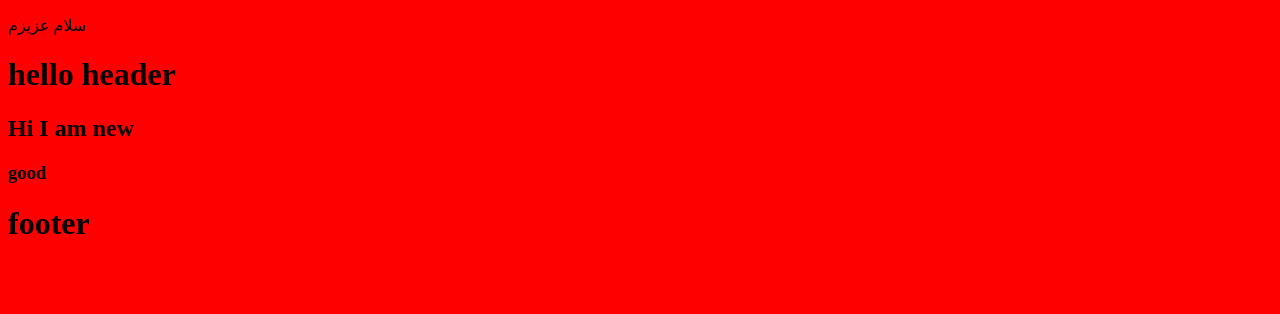
Repository: Rohullah-Noori/shop
Page: index.html
The author's editor kept a copy of each file at every save. The page is drawn from the files as they stood at one save, then again after the next save.
The browser window is 1280 px wide. The pictures show the whole page.

Above is the page before, as saved 2025-03-06 15:44:12.

After the next save:
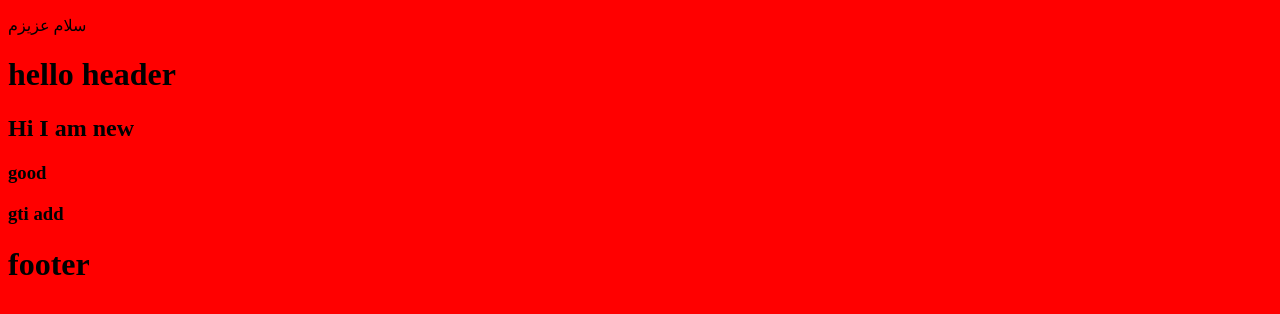
Saved 86 s later.
--- a/index.html
+++ b/index.html
@@ -15,6 +15,7 @@
     <h1>hello header</h1>
     <h2>Hi I am new</h2>
     <h3>good</h3>
+    <h3>gti add</h3>
   </body>
   <footer>
     <h1>footer</h1>
